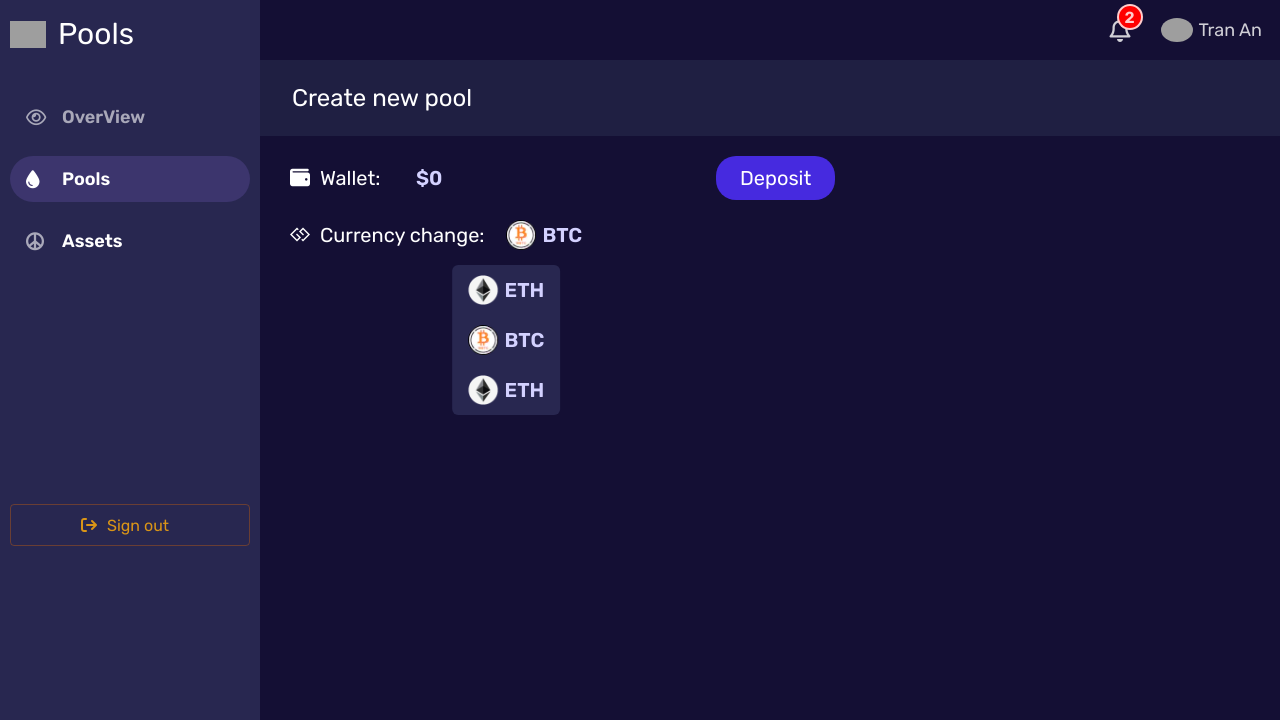
Repository: quynh232000/pools
Page: pool/create-pool.html
The author's editor kept a copy of each file at every save. The page is drawn from the files as they stood at one save, then again after the next save.
The browser window is 1280 px wide. The pictures show the whole page.
Pictures or frames that could not be fetched are drawn as grey boxes.

Above is the page before, as saved 2023-07-14 00:41:41.

After the next save:
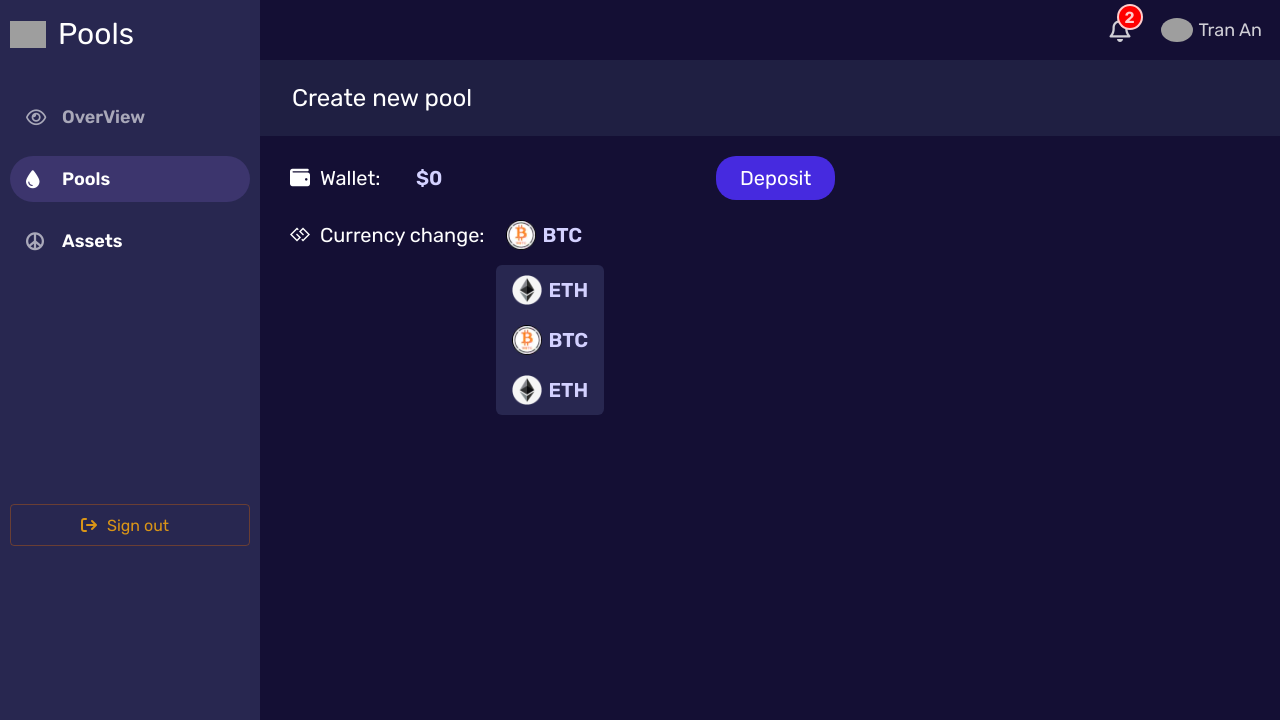
Saved 10 s later.
--- a/src/css/create-pool.css
+++ b/src/css/create-pool.css
@@ -56,8 +56,7 @@
     background-color: var(--bg-item-color);
     border-radius: 6px;
     top: 150%;
-    left: 0;
-    transform: translateX(-50%);
+    left: -10px;
 }
 .type-money-more .type-money-item{
     /* margin: 8px; */
